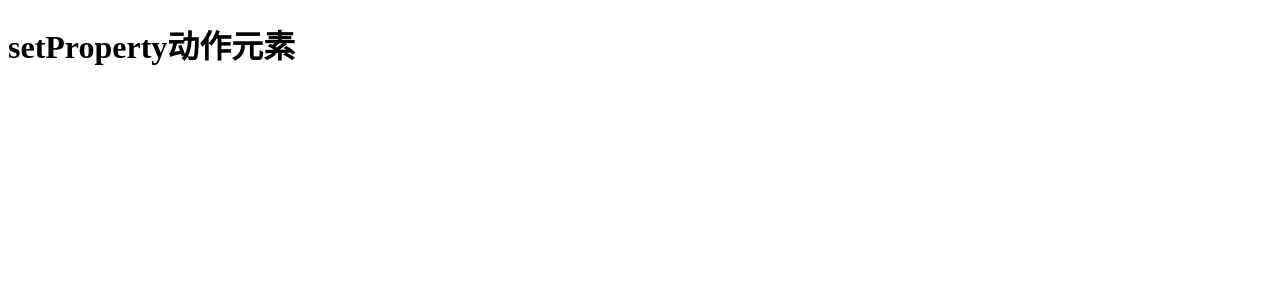
Repository: chengshide/Servlet
Page: http://localhost/JavabeansDemo1/dologin.jsp
These files come from the project's save history. The page is drawn as it stood at one moment and after the next save; the edit follows.
The browser window is 1280 px wide. The pictures show the whole page.
The page is served by Tomcat 9.

Above is the page before, as saved 2020-05-13 22:00:26.

### eclipseworlk/JavabeansDemo1/WebContent/dologin.jsp
<%@ page language="java" contentType="text/html; charset=utf-8"
    pageEncoding="utf-8"%>
<!DOCTYPE html>
<html>
<head>
<meta charset="utf-8">
<title>Insert title here</title>
</head>
<body>
    <jsp:useBean id="myUser" class="com.po.User" scope="page" />
    <h1>setProperty动作元素</h1>
</body>
</html>

### eclipseworlk/JavabeansDemo1/src/com/po/User.java
package com.po;

public class User {

	private String username;
	private String password;

	public User() {}

	public String getUsername() {
		return username;
	}

	public void setUsername(String username) {
		this.username = username;
	}

	public String getPassword() {
		return password;
	}

	public void setPassword(String password) {
		this.password = password;
	}
}

After the next save:
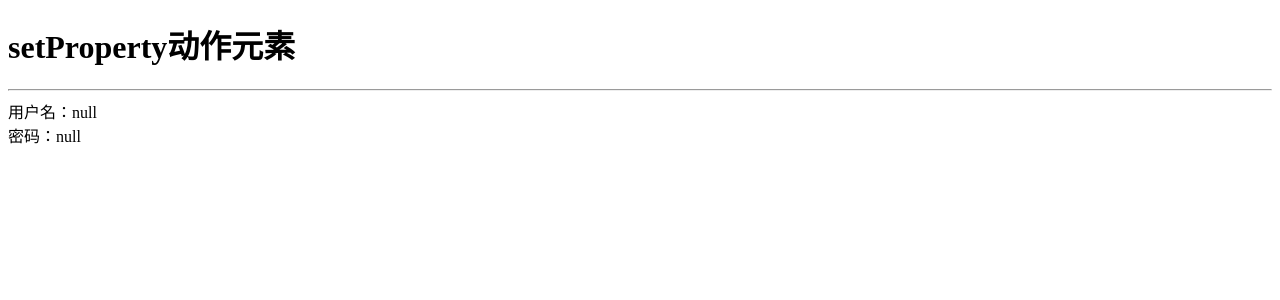
Saved 4 min 37 s later.
--- a/eclipseworlk/JavabeansDemo1/WebContent/dologin.jsp
+++ b/eclipseworlk/JavabeansDemo1/WebContent/dologin.jsp
@@ -9,5 +9,10 @@
 <body>
     <jsp:useBean id="myUser" class="com.po.User" scope="page" />
     <h1>setProperty动作元素</h1>
+    <hr>
+    <!-- 根据表单自动匹配所有的属性 -->
+    <jsp:setProperty property="*" name="myUser"/>
+      用户名：<%=myUser.getUsername() %><br>
+      密码：<%=myUser.getPassword() %><br>
 </body>
 </html>
